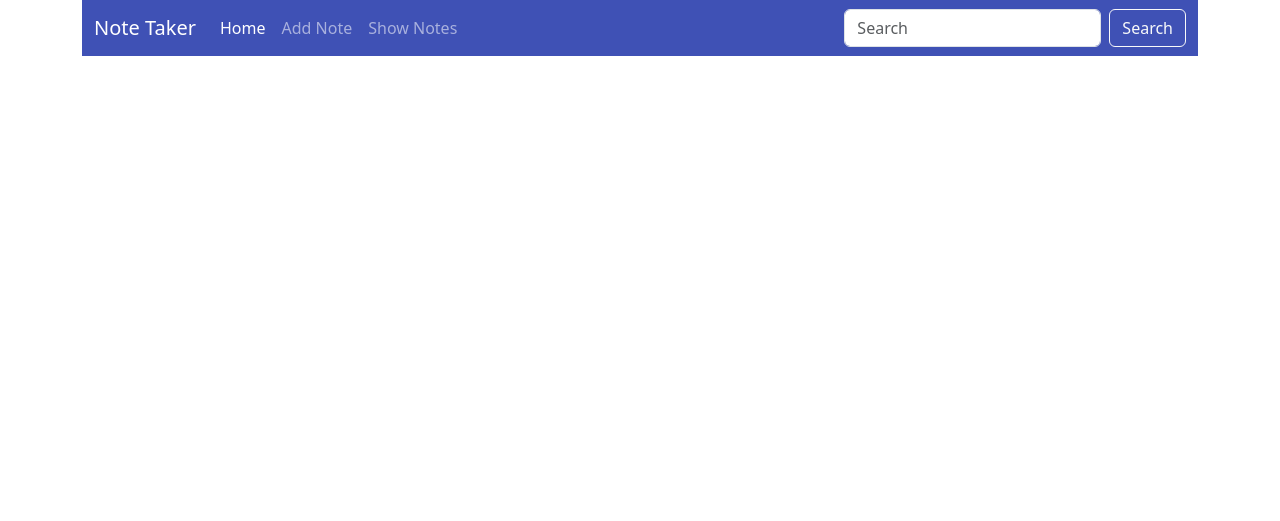
Repository: a-man-sheikh/NoteTaker
Page: http://localhost/NoteTaker/
An editor plug-in stored every save of this project. The page is shown before and after the next save, followed by the edit.
The browser window is 1280 px wide. The pictures show the whole page.
The page is served by Tomcat 9. Other server files are loaded and not shown.

Above is the page before, as saved 2024-03-24 08:05:30.

### NoteTaker/src/main/webapp/index.jsp
<!doctype html>
<html lang="en">
  <head>
    <meta charset="utf-8">
    <meta name="viewport" content="width=device-width, initial-scale=1">
    <title>Note Taker : Home Page</title>
   <%@include file="all_js_cs.jsp" %>
  </head>
  <body>
  <div class="container">
  <%@include file="navbar.jsp" %>

  </div>

  </body>
</html>

### NoteTaker/src/main/webapp/all_js_cs.jsp
  <link href="https://cdn.jsdelivr.net/npm/bootstrap@5.3.3/dist/css/bootstrap.min.css" rel="stylesheet" integrity="sha384-QWTKZyjpPEjISv5WaRU9OFeRpok6YctnYmDr5pNlyT2bRjXh0JMhjY6hW+ALEwIH" crossorigin="anonymous">
    <link href="css/style.css" rel="stylesheet"/>

 <script src="https://cdn.jsdelivr.net/npm/bootstrap@5.3.3/dist/js/bootstrap.bundle.min.js" integrity="sha384-YvpcrYf0tY3lHB60NNkmXc5s9fDVZLESaAA55NDzOxhy9GkcIdslK1eN7N6jIeHz" crossorigin="anonymous"></script>

### NoteTaker/src/main/webapp/navbar.jsp
<nav class="navbar navbar-expand-lg navbar-dark purple">
  <div class="container-fluid">
    <a class="navbar-brand" href="index.jsp">Note Taker</a>
    <button class="navbar-toggler" type="button" data-bs-toggle="collapse" data-bs-target="#navbarSupportedContent" aria-controls="navbarSupportedContent" aria-expanded="false" aria-label="Toggle navigation">
      <span class="navbar-toggler-icon"></span>
    </button>
    <div class="collapse navbar-collapse" id="navbarSupportedContent">
      <ul class="navbar-nav me-auto mb-2 mb-lg-0">
        <li class="nav-item">
          <a class="nav-link active" aria-current="page" href="index.jsp">Home</a>
        </li>
        <li class="nav-item">
          <a class="nav-link" href="add_note.jsp">Add Note</a>
        </li>

          <a class="nav-link " href="all_notes.jsp">Show Notes</a>
        </li>
      </ul>
      <form class="d-flex" role="search">
        <input class="form-control me-2" type="search" placeholder="Search" aria-label="Search">
        <button class="btn btn-outline-light" type="submit">Search</button>
      </form>
    </div>
  </div>
</nav>

### NoteTaker/src/main/webapp/css/style.css
.purple{
	background:#3f51b5;
}

After the next save:
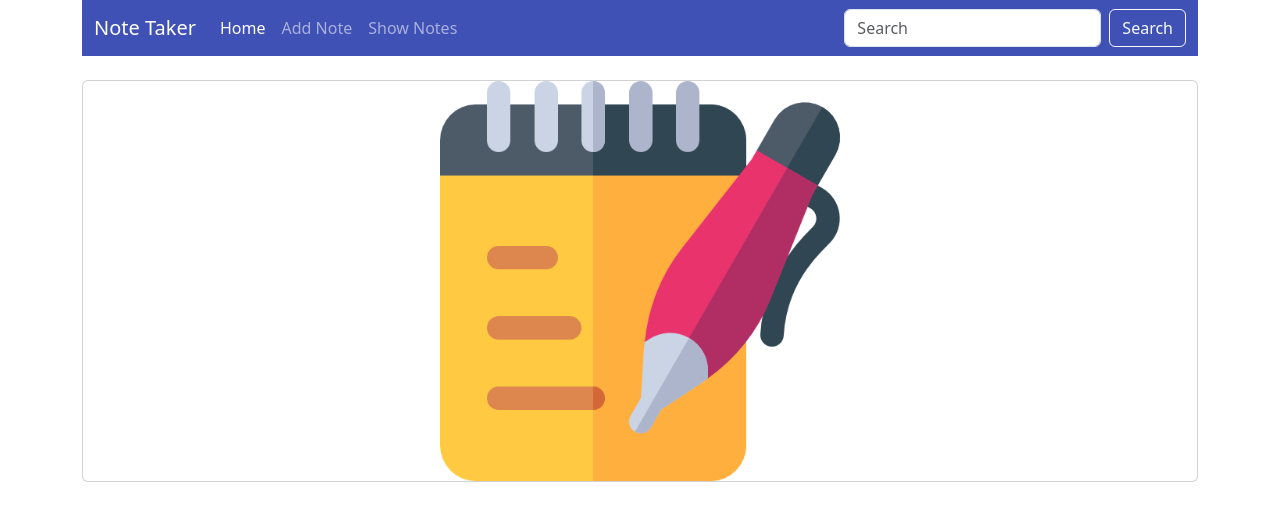
Saved 28 h 0 min later.
--- a/NoteTaker/src/main/webapp/index.jsp
+++ b/NoteTaker/src/main/webapp/index.jsp
@@ -9,6 +9,10 @@
   <body>
   <div class="container">
   <%@include file="navbar.jsp" %>
+  <br>
+  <div class="card">
+  <img alt="notes-image" class="img-fluid mx-auto" style="max-width:400px;" src="img/notes.png"/>
+  </div>
 
   </div>
 
